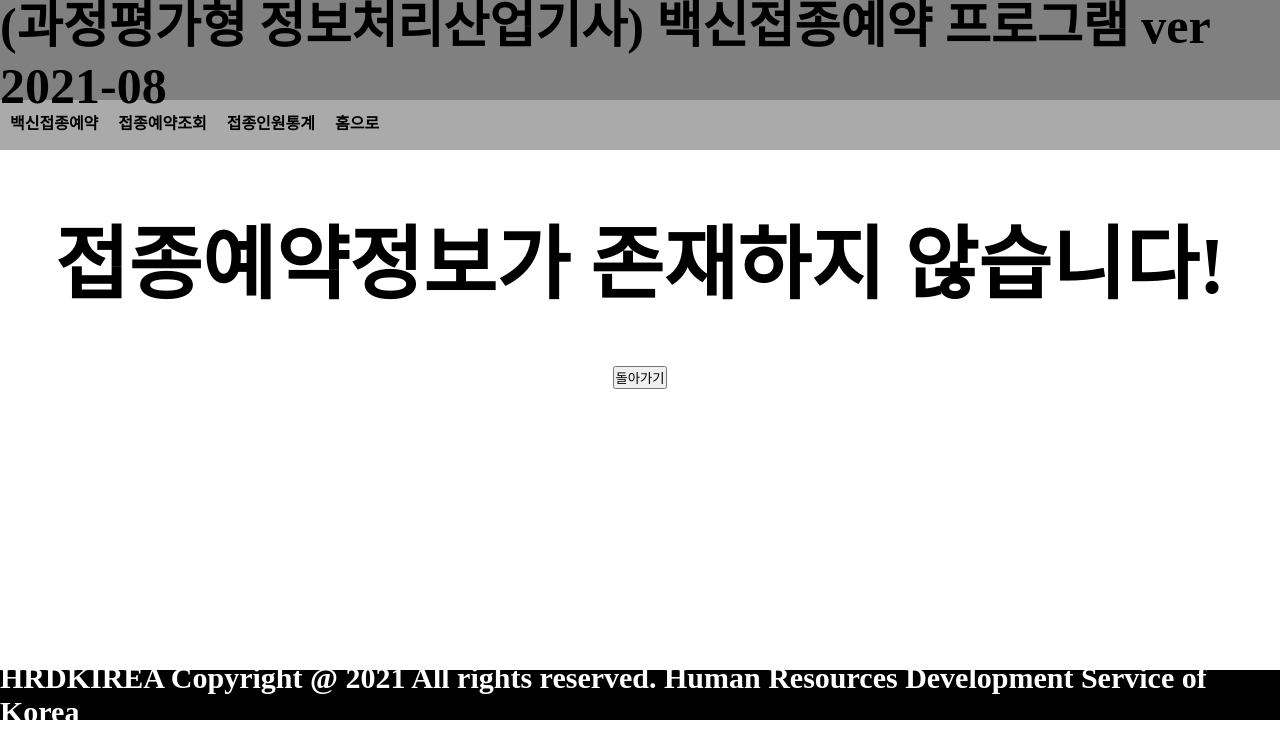
Repository: Ranranruo/info-processing
Page: http://localhost/20250424/view.jsp
An editor plug-in stored every save of this project. The page is shown before and after the next save, followed by the edit.
The browser window is 1280 px wide. The pictures show the whole page.
The page is served by Tomcat 9. Queries for data that is not in the repository find no rows.

Above is the page before, as saved 2025-04-24 07:27:11.

### 20250424/src/main/webapp/view.jsp
<%@page import="java.sql.ResultSet"%>
<%@page import="java.sql.PreparedStatement"%>
<%@page import="java.sql.Connection"%>
<%@page import="java.sql.DriverManager"%>
<%@ page language="java" contentType="text/html; charset=UTF-8"
    pageEncoding="UTF-8"%>
<%
	Class.forName("oracle.jdbc.OracleDriver");
	String no = request.getParameter("no");
	Connection con = DriverManager.getConnection("jdbc:oracle:thin:@//localhost:1521/xe", "system", "1234");

	String sql = "SELECT h.hospcode, h.hospname, COUNT(*) FROM tbl_hosp_202108 h, tbl_vaccresv_202108 v WHERE h.hospcode = v.hospcode GROUP BY h.hospcode, h.hospname order by h.hospcode";
	PreparedStatement s = con.prepareStatement(sql);

	ResultSet rs = s.executeQuery();
%>
<!DOCTYPE html>
<html>
<head>
<meta charset="UTF-8">
<title>Insert title here</title>
<style>
* {padding:0; margin: 0; text-decoration: none; color: inherit;}
.c { display: flex; justify-content: center; align-items: center;}
td{ border: 1px solid black; padding: .5em 1em;}
</style>
</head>
<body>
<header class="c" style="background-color: gray; color: #000; font-weight: bold; font-size: 50px; height: 100px;">(과정평가형 정보처리산업기사) 백신접종예약 프로그램 ver 2021-08</header>
<nav style="display: flex; padding: 10px; gap: 20px; background: #aaa; color: black; font-weight: bold; height:30px;">
<a href="insert.jsp">백신접종예약</a>
<a href="select.jsp">접종예약조회</a>
<a href="view.jsp">접종인원통계</a>
<a href="index.jsp">홈으로</a>
</nav>
<section style="min-height: calc(100vh - 200px); display: flex; flex-direction: column; align-items: center;">
<form action="select.jsp" style="display: flex; flex-direction: column; align-items: center;">
<%
 if(rs.next()) {
%>
<h1 class="c" style="padding: 50px;">예약번호: <%=no %> 의 접종예약조회</h1>

<table>
<tr>
<td>이름</td>
<td>주민번호</td>
<td>성별</td>
<td>전화번호</td>
<td>예약일자</td>
<td>예약시간</td>
<td>병원명</td>
<td>대표전화</td>
<td>병원주소</td>
<td>백신종류</td>
</tr>
<tr>
<td><%=rs.getString(1) %></td>
<td><%=rs.getString(2) %></td>
<td><%=rs.getString(3) %></td>
<td><%=rs.getString(4) %></td>
<td><%=rs.getString(5) %></td>
<td><%=rs.getString(6) %></td>
<td><%=rs.getString(7) %></td>
<td><%=rs.getString(8) %></td>
<td><%=rs.getString(9) %></td>
<td><%=rs.getString(10) %></td>
</tr>
</table>
<button>돌아가기</button>
<% } else { %>

<h1 class="c" style="font-size: 80px; padding: 50px;">접종예약정보가 존재하지 않습니다!</h1>
<button>돌아가기</button>
</form>
<% } %>
</section>
<footer class="c" style="background-color: black; color: #fff; font-weight: bold; font-size: 30px; height: 50px;">HRDKIREA Copyright @ 2021 All rights reserved. Human Resources Development Service of Korea</footer>
<script>
const $ = (s) => document.querySelector(s);

</script>
</body>
</html>

After the next save:
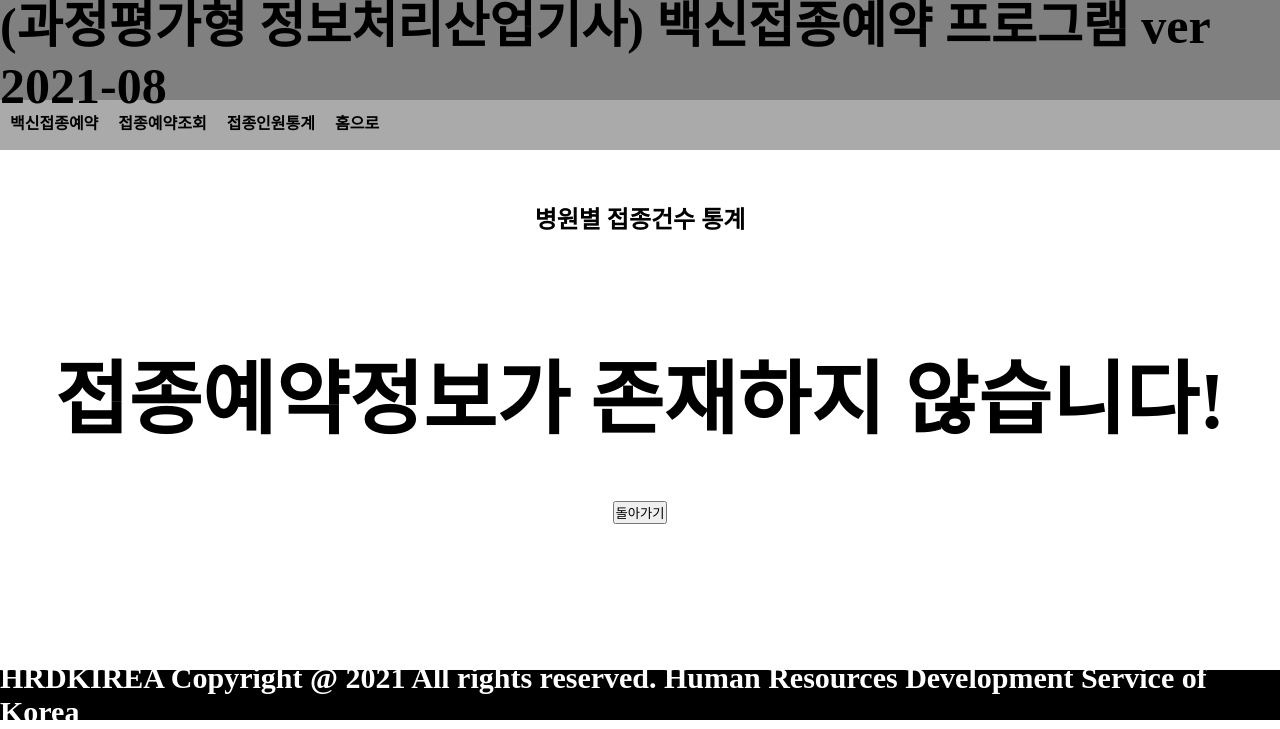
Saved 32 s later.
--- a/20250424/src/main/webapp/view.jsp
+++ b/20250424/src/main/webapp/view.jsp
@@ -34,11 +34,10 @@ td{ border: 1px solid black; padding: .5em 1em;}
 <a href="index.jsp">홈으로</a>
 </nav>
 <section style="min-height: calc(100vh - 200px); display: flex; flex-direction: column; align-items: center;">
-<form action="select.jsp" style="display: flex; flex-direction: column; align-items: center;">
+<h1 class="c" style="padding: 50px;">병원별 접종건수 통계</h1>
 <%
  if(rs.next()) {
 %>
-<h1 class="c" style="padding: 50px;">예약번호: <%=no %> 의 접종예약조회</h1>
 
 <table>
 <tr>
